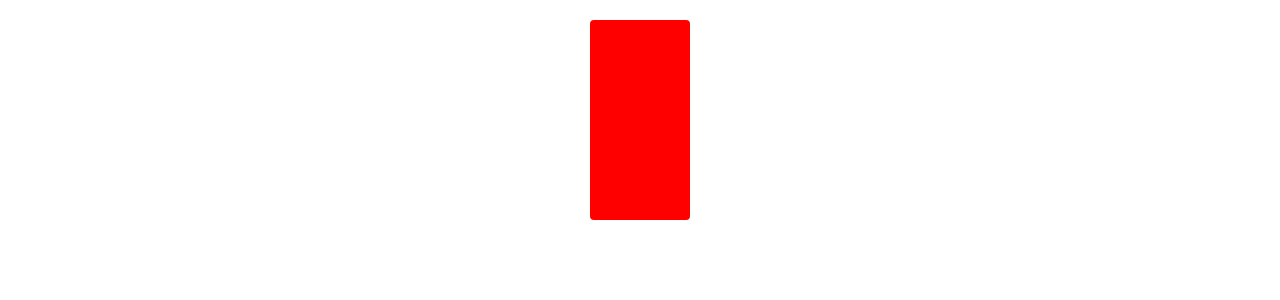
Repository: evondev/html-css-basic-course
Page: index.html
These files come from the project's save history. The page is drawn as it stood at one moment and after the next save; the edit follows.
The browser window is 1280 px wide. The pictures show the whole page.
Some web libraries are served in a nearby version. The style sheet was rebuilt from its Sass, Less or Tailwind sources for each picture, by a compiler version that may differ from the author's.

Above is the page before, as saved 2020-12-27 11:47:45.

After the next save:
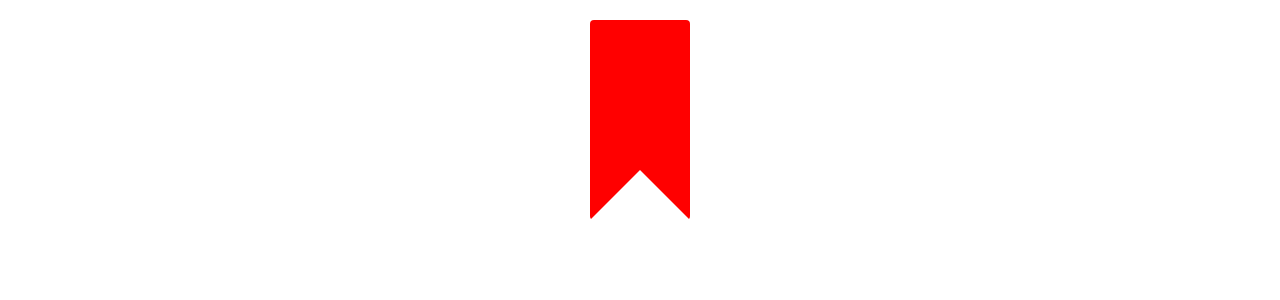
Saved 3 min 10 s later.
--- a/app.scss
+++ b/app.scss
@@ -35,4 +35,8 @@ img {
   background-color: #f00;
   border-radius: 4px;
   margin: 20px auto;
+  clip-path: polygon(0 0, 100% 0, 100% 100%, 50% 75%, 0 100%);
+  /*
+  x y
+  */
 }
